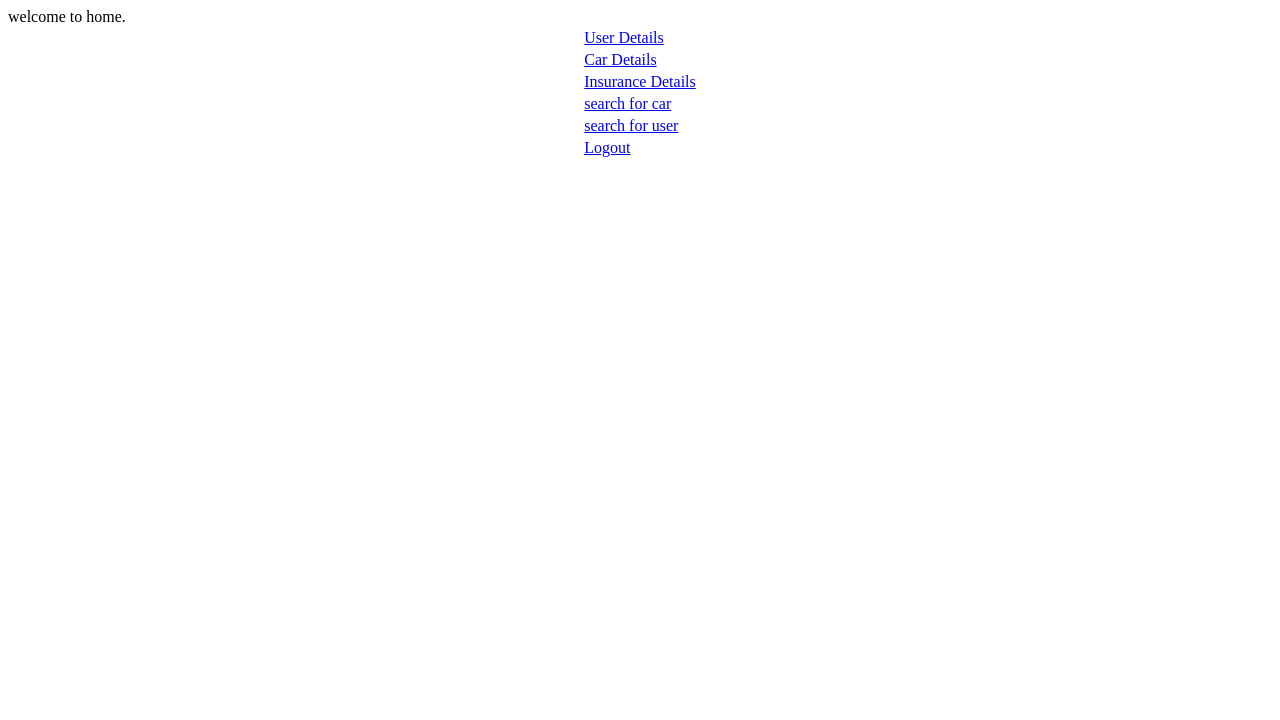
Repository: pdway/Adv-JAVA
Page: http://localhost/Car_insurance_system/home.jsp
An editor plug-in stored every save of this project. The page is shown before and after the next save, followed by the edit.
The browser window is 1280 px wide. The pictures show the whole page.
The page is served by Tomcat 9.

Above is the page before, as saved 2020-11-05 06:35:56.

After the next save:
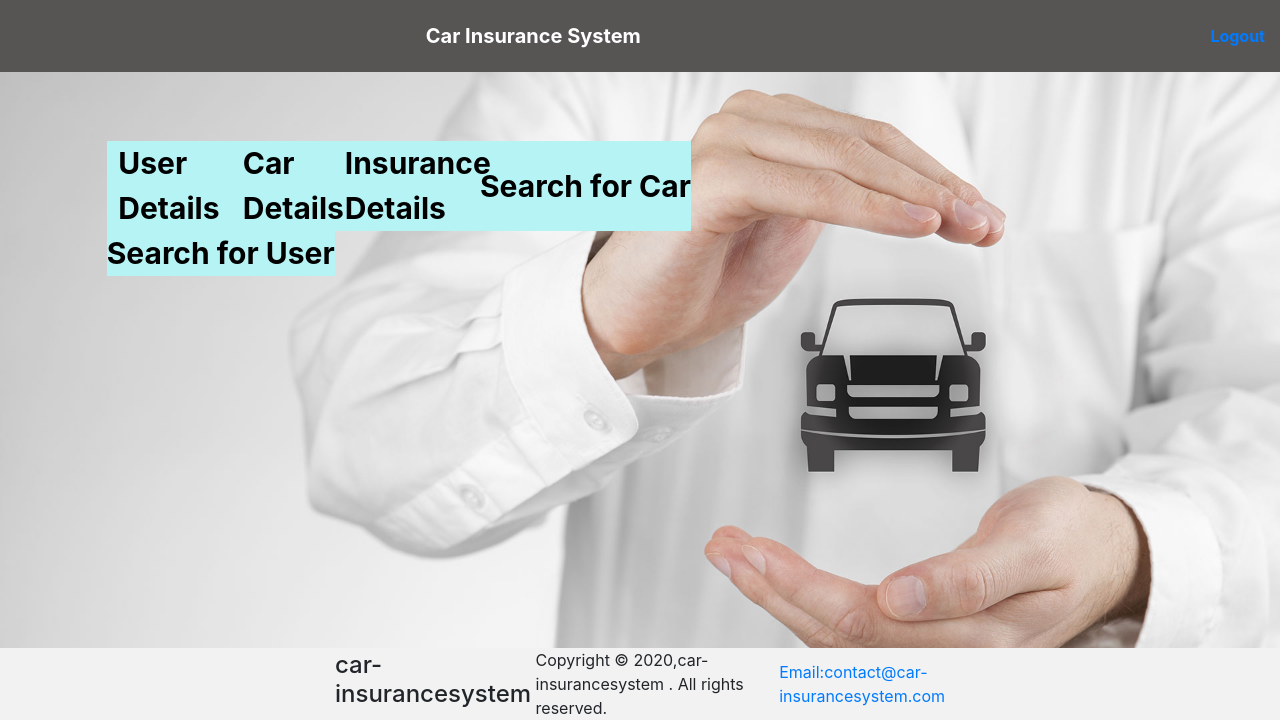
Saved 16 min 11 s later.
--- a/carinsys/Car_insurance_system/WebContent/home.jsp
+++ b/carinsys/Car_insurance_system/WebContent/home.jsp
@@ -6,10 +6,142 @@
 <html>
 <head>
 <meta charset="ISO-8859-1">
-<title>Insert title here</title>
+
+ <meta charset="UTF-8">
+    <meta name="viewport" content="width=device-width, initial-scale=1.0">
+    <title>Document</title>
+    <!-- CSS only -->
+    <link rel="stylesheet" href="https://stackpath.bootstrapcdn.com/bootstrap/4.5.2/css/bootstrap.min.css"
+        integrity="sha384-JcKb8q3iqJ61gNV9KGb8thSsNjpSL0n8PARn9HuZOnIxN0hoP+VmmDGMN5t9UJ0Z" crossorigin="anonymous">
+
+<title>Homepage</title>
 </head>
+
+<style>
+    .img {
+        background: url("img12.jpg");
+        background-repeat: no-repeat;
+        background-size: cover;
+        background-position: center;
+    }
+
+    #image {
+        height: 57px;
+        width: 60px;
+        margin-top: 1px;
+
+
+
+
+    }
+
+    td {
+        padding-bottom: 15px;
+
+
+
+
+
+    }
+</style>
+
 <body>
-welcome to home.
+
+<div class="container-fluid">
+        <div class="row" style="height: 100vh;">
+            <div class="col">
+                <div class="row"
+                    style="height:10vh;color: white;text-align:center;font-weight:bold;background: rgb(87, 84, 84);">
+
+                    <div class="col-10 d-flex justify-content-center align-items-center"
+                        style="color: white;text-align:center;font-weight:bold;font-size:20px">
+                        Car Insurance System
+
+                    </div>
+                     <div class="col-2 d-flex justify-content-end align-items-center">
+
+                          <a href="logout.htm" >Logout</a>
+
+                    </div>
+
+                </div>
+                <div class="row img" style="height: 80vh; ">
+                    <div class="col-md-1 col-0">
+                    </div>
+                    <div class="col-md-7 ">
+                        <div class="row" style="height: 12%;">
+
+                        </div>
+                        <div class="row">
+
+                           <div class="col-md-2 d-flex justify-content-center align-items-center "
+                                style="background:rgb(181, 243, 245) ;font-size:30px;font-weight: bold;">
+                                <a style="color: black" href="userpage.jsp">User Details</a>
+
+                            </div>
+
+                            <div class="col-md-2 d-flex justify-content-center align-items-center "
+                                style="background:rgb(181, 243, 245) ;font-size:30px;font-weight: bold;">
+                                <a style="color: black" href="carpage.jsp" >Car Details</a>
+
+                            </div>
+
+                            <div class="col-md-2 d-flex justify-content-center align-items-center "
+                                style="background:rgb(181, 243, 245) ;font-size:30px;font-weight: bold;">
+                                <a style="color: black" href="inspage.jsp" >Insurance Details</a>
+
+                            </div>
+
+                            <div class="col-md-2.5 d-flex justify-content-center align-items-center "
+                                style="background:rgb(181, 243, 245) ;font-size:30px;font-weight: bold;">
+                                <a style="color: black" href="prep_search_car.htm" >Search for Car</a>
+
+                            </div>
+
+                            <div class="col-md-2.5 d-flex justify-content-center align-items-center "
+                                style="background:rgb(181, 243, 245) ;font-size:30px;font-weight: bold;">
+                                <a style="color: black" href="prep_search_user.htm" >Search for User</a>
+
+                            </div>
+
+                        </div>
+                    </div>
+
+                    <div class="col-3">
+
+                    </div>
+
+
+                </div>
+                <footer class="row" style="height:10vh;background-color:rgb(242,242,242)">
+
+                    <div class="col-3"></div>
+                    <div class="col-12 col-md-6" style="justify-content: center;display: flex;align-items: center">
+                        <h4>car-insurancesystem</h4>&nbsp;
+                        <div> Copyright © 2020,car-insurancesystem . All rights reserved.</div>&nbsp;
+
+
+                        <a href="https://www.carinsurancesystem.com//">Email:contact@car-insurancesystem.com </a>
+
+                    </div>
+                    <div class="col-3"></div>
+
+                </footer>
+
+
+
+
+
+            </div>
+
+
+        </div>
+
+    </div>
+
+</body>
+
+<!--
 <table align="center" >
 
 
@@ -38,7 +170,6 @@
 			<td> <a href="logout.htm" >Logout</a> </td>
 		</tr>
 	</table>
+ -->
 
-
-</body>
 </html>
